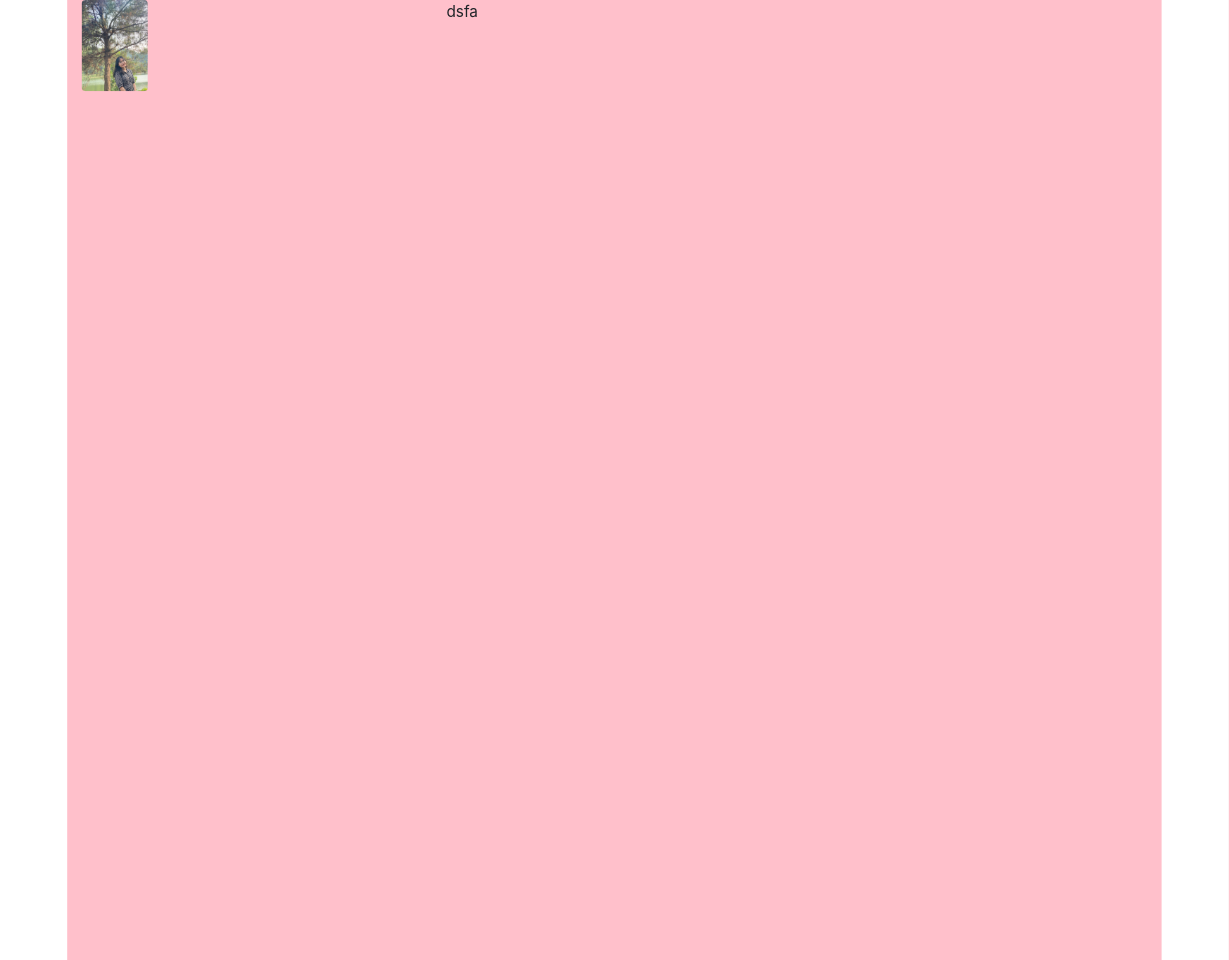
Repository: huyennvo/CSS
Page: CV/index.html
These files come from the project's save history. The page is drawn as it stood at one moment and after the next save; the edit follows.
The browser window is 1280 px wide. The pictures show the whole page, at 96% of full size.

Above is the page before, as saved 2022-07-18 14:37:53.

After the next save:
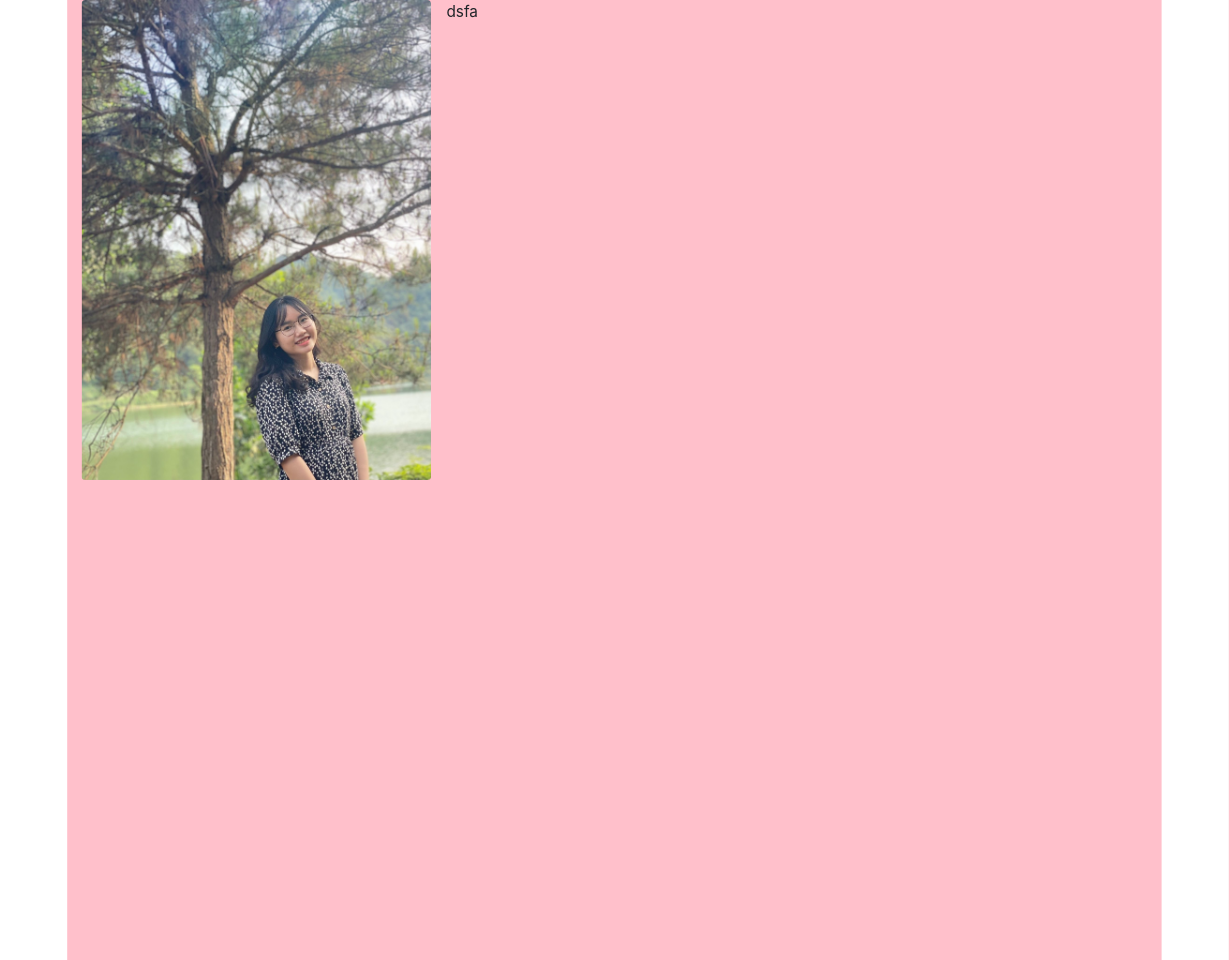
Saved 11 s later.
--- a/CV/style.css
+++ b/CV/style.css
@@ -11,8 +11,8 @@
 
 img {
     display: block;
-    max-width:230px;
-    max-height:95px;
+    max-width:500px;
+    max-height:500px;
     width: auto;
     height: auto;
   }
